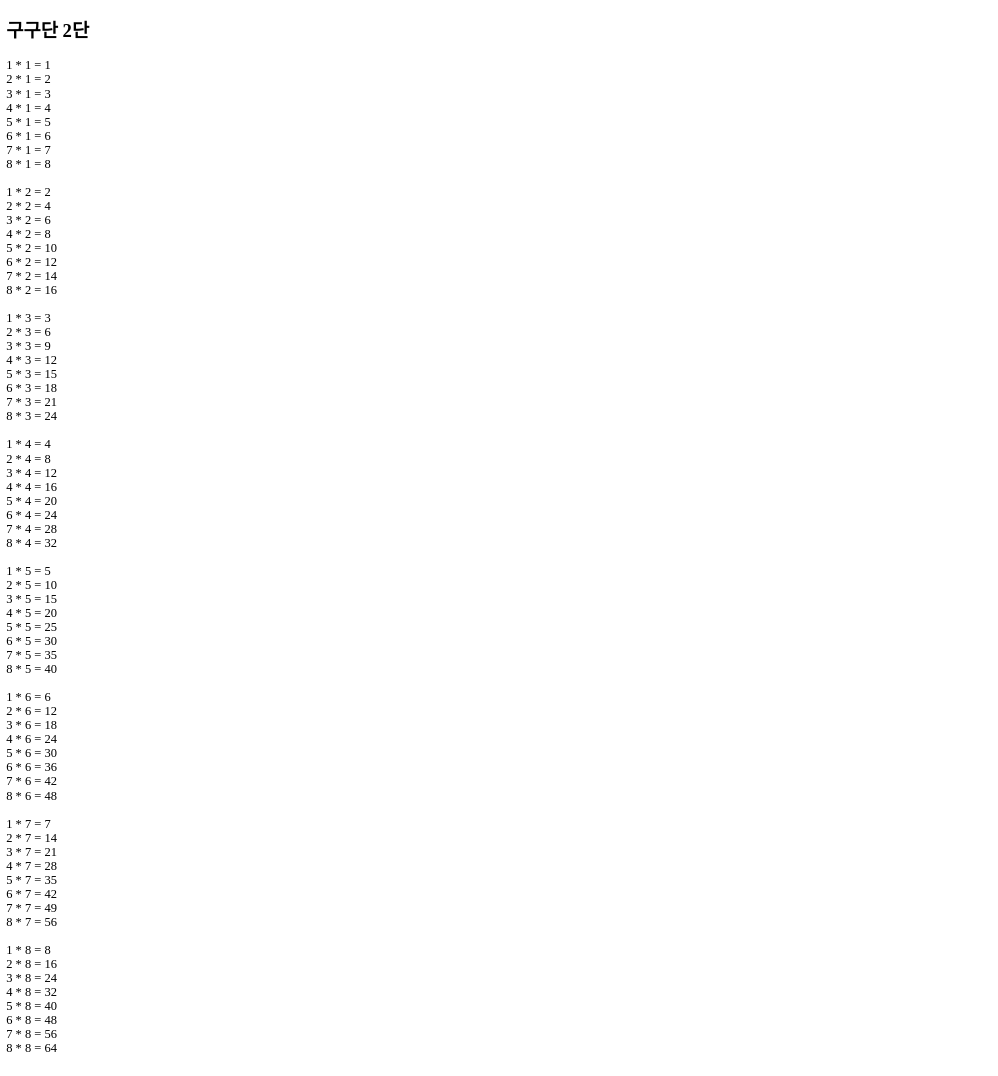
Repository: poiup/jsp_practice
Page: http://localhost/20210128/jspTag/Scriptlet.jsp
An editor plug-in stored every save of this project. The page is shown before and after the next save, followed by the edit.
The browser window is 1280 px wide. The pictures show the whole page, at 78% of full size.
The page is served by Tomcat 9.

Above is the page before, as saved 2022-01-28 02:45:21.

After the next save:
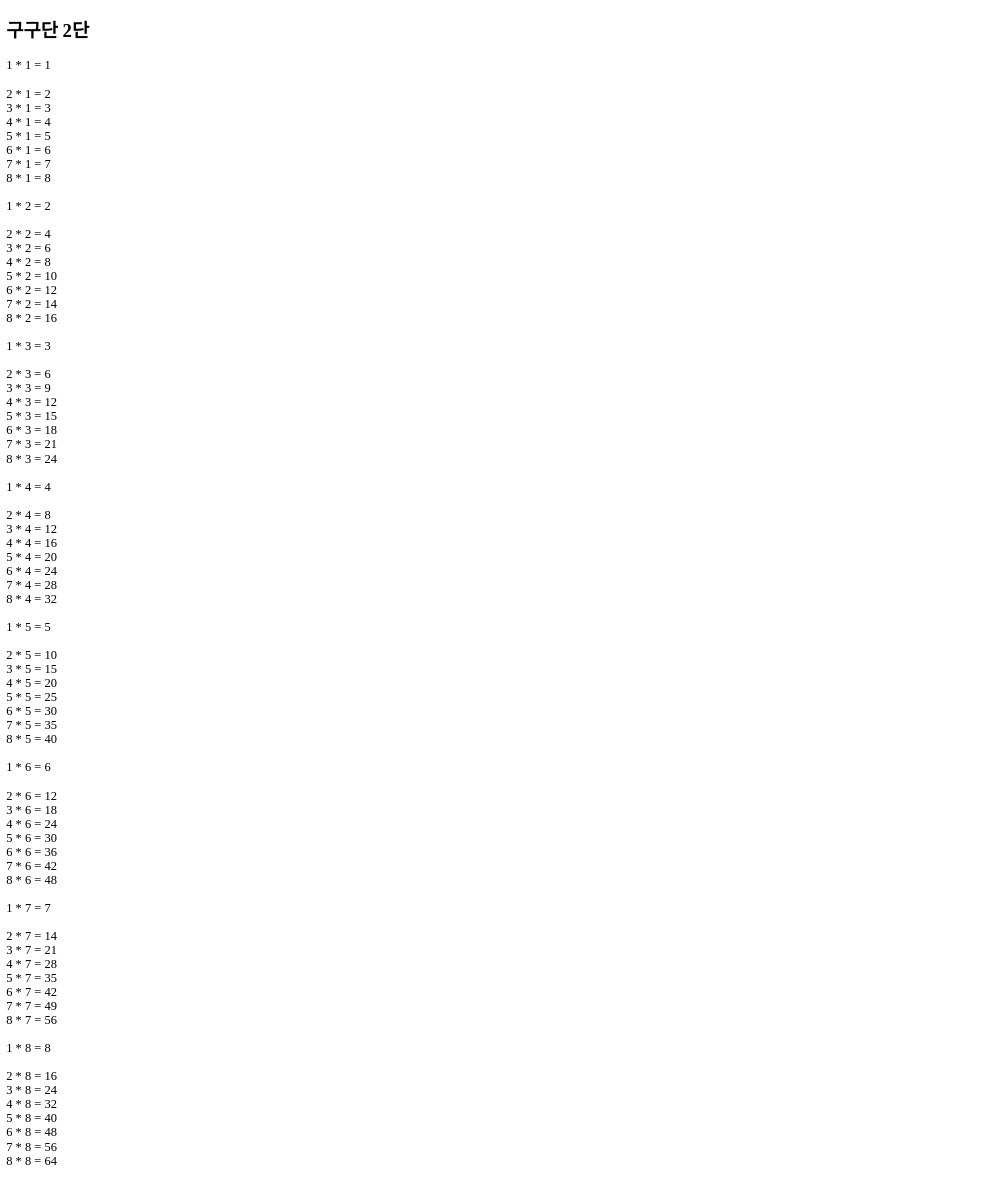
Saved 68 s later.
--- a/20210128/src/main/webapp/jspTag/Scriptlet.jsp
+++ b/20210128/src/main/webapp/jspTag/Scriptlet.jsp
@@ -13,9 +13,11 @@
 	(javascript의 document.write()와 같은역활 -->
 	<h2>구구단 2단</h2>
 	<% for(int i = 1; i< 9; i++){
+		%><div><%
 		for(int j = 1; j< 9; j++){
 		out.println(j + " * " + i + " = " + j*i);
-	%></br><%
+	%></div>
+	</br><%
 		}
 	%></br><%
 	}%>

After the save that followed:
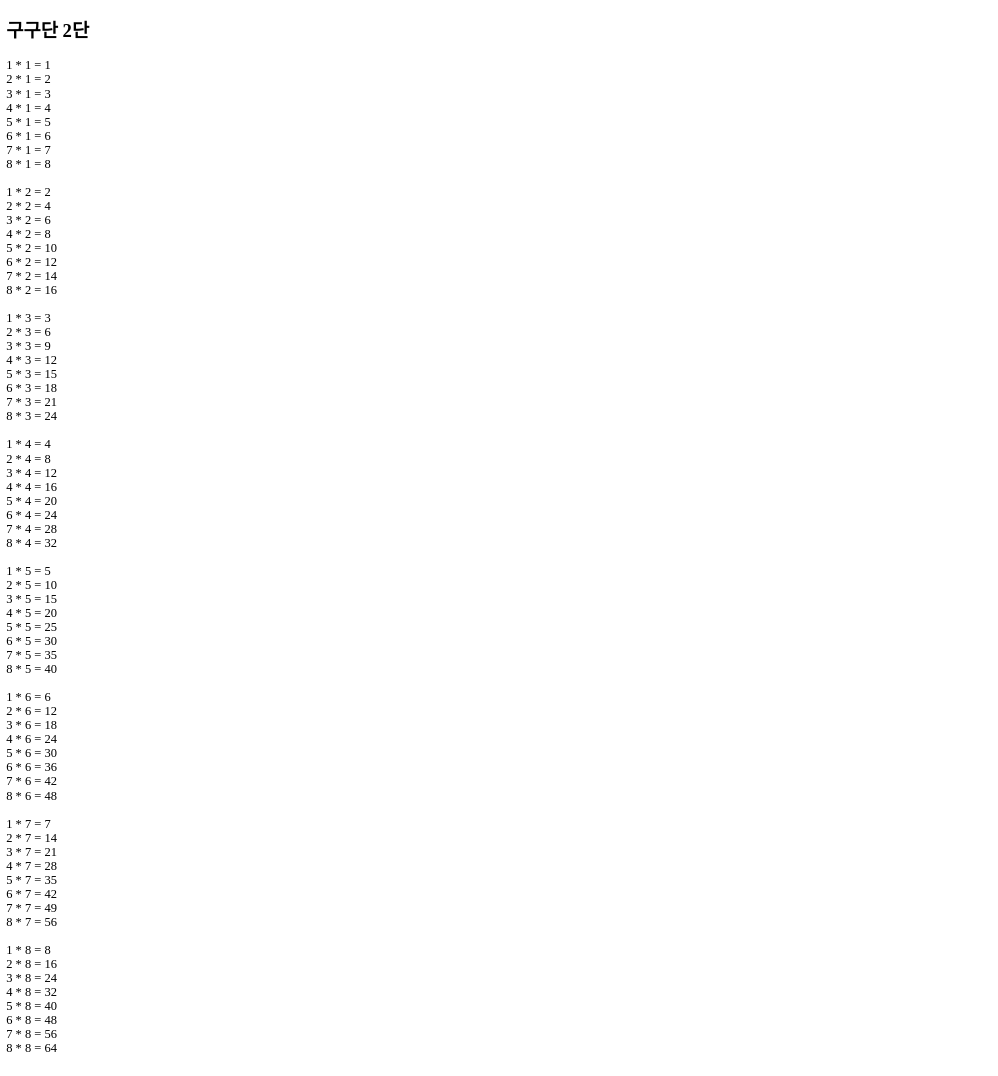
Saved 42 s later.
--- a/20210128/src/main/webapp/jspTag/Scriptlet.jsp
+++ b/20210128/src/main/webapp/jspTag/Scriptlet.jsp
@@ -12,14 +12,14 @@
 	out.println()은 html화면에 괄호 내 구문을 콘솔에 찍히게 해줍니다.
 	(javascript의 document.write()와 같은역활 -->
 	<h2>구구단 2단</h2>
+	<div>
 	<% for(int i = 1; i< 9; i++){
-		%><div><%
 		for(int j = 1; j< 9; j++){
 		out.println(j + " * " + i + " = " + j*i);
-	%></div>
-	</br><%
+	%></br><%
 		}
 	%></br><%
 	}%>
+	</div>
 </body>
 </html>
